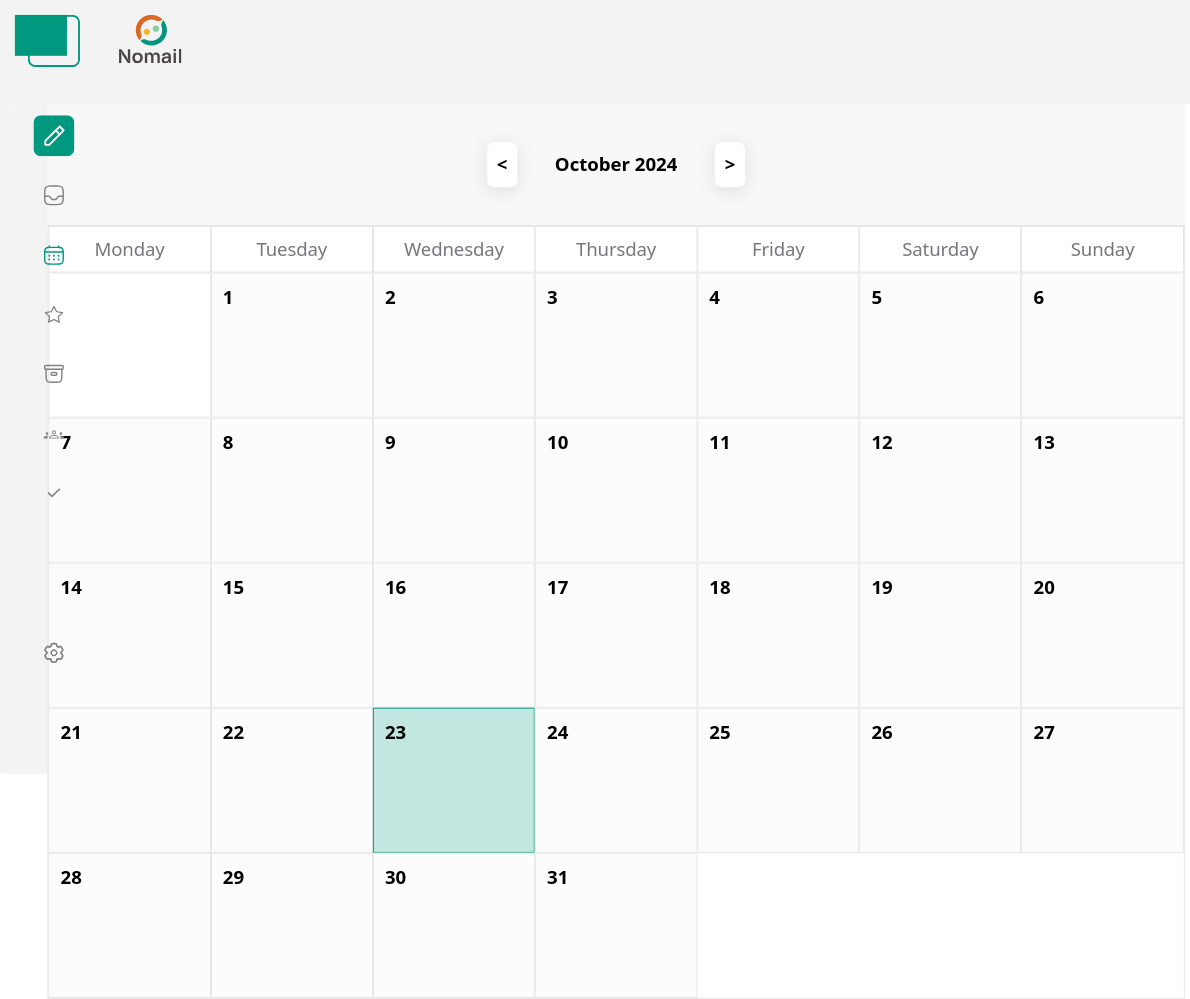
Repository: Tofigkh1/Nomail-App
Page: /calendar
The author's editor kept a copy of each file at every save. The page is drawn from the files as they stood at one save, then again after the next save.
The browser window is 1280 px wide. The pictures show the whole page, at 93% of full size.
The project was rebuilt for these pictures with package versions that can differ from the ones it lists, and the page was loaded fresh each time. The framework's server and built-in components were replaced by stand-ins that run in the browser. Also part of the build but not shown: next.config.mjs, components/shared/svg/calendarSvg.jsx.

Above is the page before, as saved 2024-10-23 03:25:14.

### app/layout.tsx
import type { Metadata } from "next";
import localFont from "next/font/local";
import "./Styles/globals.css";
import Header from "@/components/shared/client/Header/header";

const geistSans = localFont({
  src: "./fonts/GeistVF.woff",
  variable: "--font-geist-sans",
  weight: "100 900",
});
const geistMono = localFont({
  src: "./fonts/GeistMonoVF.woff",
  variable: "--font-geist-mono",
  weight: "100 900",
});

export const metadata: Metadata = {
  title: "Create Next App",
  description: "Generated by create next app",
};

export default function RootLayout({
  children,
}: Readonly<{
  children: React.ReactNode;
}>) {
  return (
    <html lang="en">
      <body
        className={`${geistSans.variable} ${geistMono.variable} antialiased`}
      >
        {children}

      </body>
    </html>
  );
}

### app/Styles/globals.css
@tailwind base;
@tailwind components;
@tailwind utilities;


.App {
  font-family: sans-serif;
  text-align: center;
}


:root {
  --background: #ffffff;
  --foreground: #171717;
}

@media (prefers-color-scheme: dark) {
  :root {
    --background: #0a0a0a;
    --foreground: #ededed;
  }
}


@layer utilities {
  .text-balance {
    text-wrap: balance;
  }
}

### components/shared/client/Header/header.tsx
import { useContext } from "react";
import { SidebarContext } from '../SideBarMenu/sideBarMenu'; // Import context
import NomailLogo from "@/components/shared/svg/headerlLogoSvg";
import HamburgerBtnSvg from "../../svg/hamburgerBtnSvg"



export default function Header() {

    const { expanded, setExpanded } = useContext(SidebarContext); // Access context

    return (
        <div className="flex items-center justify-between p-4 bg-headerColor text-white">
            <div className='w-auto h-20 flex gap-14'>

                <div>
                    <button onClick={() => setExpanded(!expanded)}
                            className="pl-3.5 bg-textColorGreen hover:bg-clientButtonGreen w-14 h-11">
                        <HamburgerBtnSvg/>
                    </button>
                </div>

                <div>
                    <NomailLogo/>
                </div>


            </div>
        </div>
    );
}

### components/shared/client/SideBarMenu/sideBarMenu.tsx
import React, { useState, useContext, ReactNode } from "react";
import { ChevronFirst, ChevronLast } from "lucide-react";

export const SidebarContext = React.createContext<{ expanded: boolean; setExpanded: (expanded: boolean) => void; }>({
    expanded: false,
    setExpanded: () => {},
});

// Sidebar component now depends on context for state
export default function Sidebar({ children }: { children: ReactNode }) {
    const { expanded, setExpanded } = useContext(SidebarContext);

    return (
        <aside className="h-screen bg-headerColor">
            <nav
                className={`h-full flex flex-col bg-headerColor border-r border-whiteLight3 transition-all duration-200 ease-in-out ml-3 ${expanded ? "w-[127%] h-[130%] " : "w-[99px]"}`}>

                <ul className=" flex-1 px-3">{children}</ul>
            </nav>
        </aside>
    );
}

// SidebarItem component for individual items inside the sidebar
type SidebarItemProps = {
    icon: ReactNode;   // Icon to display in the sidebar item
    text: string;      // Text to display in the sidebar item
    active: boolean;   // Boolean to determine if the item is active (highlighted)
    onClick: () => void; // Add onClick function to handle clicks
    style?: React.CSSProperties;
};

export function SidebarItem({icon, text, active, onClick,style}: SidebarItemProps) {
    const context = useContext(SidebarContext); // Sidebar context to manage expanded/collapsed state
    const {expanded} = context!;

    return (
        <li
            onClick={onClick} // Attach the click handler here
            style={style}
            className={`group relative flex items-center py-2 px-3 my-1 font-medium rounded-md cursor-pointer duration-300 ease-in-out transition-colors
          ${
                active
                    ? " text-mainRedLight " // Active item style
                    : " text-gray-600 " // Hover style for non-active items
            }`}
        >

            <span className="text-xl transition-all duration-300 ease-in-out">
        {icon}
      </span>

            {/* Text büyütüldü ve boşluk artırıldı */}
            {expanded && (
                <span className="ml-4 text-xl text-black transition-all duration-300 ease-in-out ">
          {text}
        </span>
            )}

            {/* Navbar kapalıyken hover ile çıkan isimler için arka plan yeşil yapıldı */}
            {!expanded && (
                <span
                    className={` absolute left-full whitespace-nowrap bg-textColorGreen text-white rounded-md py-1 px-2 transition-all duration-300 ease-in-out ml-2 opacity-0 group-hover:opacity-100`}
                >
          {text}
        </span>
            )}
        </li>
    );
}

### components/shared/svg/newMail.jsx
'use client'
export default function  newMail(){
    return(
        <>
            <svg width="44" height="44" viewBox="0 0 44 44" fill="none" xmlns="http://www.w3.org/2000/svg">
                <rect width="44" height="44" rx="8" fill="#00987F"/>
                <path fill-rule="evenodd" clip-rule="evenodd"
                      d="M27.5115 11.2439C27.902 10.8534 28.5351 10.8534 28.9257 11.2438L33.1687 15.4863C33.3562 15.6739 33.4616 15.9282 33.4616 16.1935C33.4616 16.4587 33.3562 16.7131 33.1687 16.9006L17.6122 32.4571C17.4247 32.6446 17.1703 32.75 16.9051 32.75H12.6626C12.1103 32.75 11.6626 32.3023 11.6626 31.75V27.5075C11.6626 27.2423 11.768 26.9879 11.9555 26.8004L27.5115 11.2439ZM28.2187 13.3652L13.6626 27.9217V30.75H16.4909L31.0473 16.1935L28.2187 13.3652Z"
                      fill="white"/>
                <path fill-rule="evenodd" clip-rule="evenodd"
                      d="M23.269 15.4864C23.6595 15.0959 24.2927 15.0959 24.6832 15.4864L28.9257 19.7289C29.3162 20.1194 29.3162 20.7526 28.9257 21.1431C28.5352 21.5336 27.902 21.5336 27.5115 21.1431L23.269 16.9006C22.8784 16.5101 22.8784 15.8769 23.269 15.4864Z"
                      fill="white"/>
            </svg>


        </>
    )
}

### components/shared/svg/FavoritesSvg.jsx
'use client'
export default function  favoritesSvg(){
    return(
        <>
            <svg width="44" height="44" viewBox="0 0 44 44" fill="none" xmlns="http://www.w3.org/2000/svg">
                <path
                    d="M15.5808 30.2201C15.4833 30.7528 16.0307 31.1692 16.5132 30.9316L22.0006 28.2246L27.4868 30.9316C27.9693 31.1692 28.5168 30.7528 28.4193 30.2213L27.3818 24.5457L31.7842 20.5188C32.1967 20.142 31.9842 19.4533 31.4317 19.3789L25.3093 18.5438L22.5794 13.3517C22.5274 13.2465 22.4453 13.1576 22.3428 13.0953C22.2402 13.0331 22.1214 13 22 13C21.8787 13 21.7598 13.0331 21.6573 13.0953C21.5547 13.1576 21.4727 13.2465 21.4206 13.3517L18.6907 18.545L12.5683 19.3801C12.0171 19.4545 11.8033 20.1432 12.2146 20.52L16.6182 24.5469L15.5808 30.2225V30.2201ZM21.7119 26.8999L17.1045 29.1725L17.972 24.4245C17.9928 24.3152 17.9852 24.2026 17.9496 24.0969C17.914 23.9911 17.8517 23.8955 17.7682 23.8185L14.1358 20.4948L19.2007 19.8037C19.3054 19.788 19.4046 19.7484 19.4901 19.6883C19.5756 19.6281 19.6448 19.5492 19.6919 19.4581L21.9981 15.0688L24.3068 19.4581C24.354 19.5492 24.4232 19.6281 24.5086 19.6883C24.5941 19.7484 24.6934 19.788 24.7981 19.8037L29.863 20.4936L26.2306 23.8173C26.1469 23.8944 26.0844 23.9903 26.0488 24.0962C26.0133 24.2022 26.0057 24.315 26.0268 24.4245L26.8943 29.1725L22.2869 26.8999C22.1979 26.8555 22.0991 26.8324 21.9988 26.8324C21.8985 26.8324 21.8009 26.8555 21.7119 26.8999Z"
                    fill="#A4A4A9"/>
                <path
                    d="M15.5808 30.2201C15.4833 30.7528 16.0307 31.1692 16.5132 30.9316L22.0006 28.2246L27.4868 30.9316C27.9693 31.1692 28.5168 30.7528 28.4193 30.2213L27.3818 24.5457L31.7842 20.5188C32.1967 20.142 31.9842 19.4533 31.4317 19.3789L25.3093 18.5438L22.5794 13.3517C22.5274 13.2465 22.4453 13.1576 22.3428 13.0953C22.2402 13.0331 22.1214 13 22 13C21.8787 13 21.7598 13.0331 21.6573 13.0953C21.5547 13.1576 21.4727 13.2465 21.4206 13.3517L18.6907 18.545L12.5683 19.3801C12.0171 19.4545 11.8033 20.1432 12.2146 20.52L16.6182 24.5469L15.5808 30.2225V30.2201ZM21.7119 26.8999L17.1045 29.1725L17.972 24.4245C17.9928 24.3152 17.9852 24.2026 17.9496 24.0969C17.914 23.9911 17.8517 23.8955 17.7682 23.8185L14.1358 20.4948L19.2007 19.8037C19.3054 19.788 19.4046 19.7484 19.4901 19.6883C19.5756 19.6281 19.6448 19.5492 19.6919 19.4581L21.9981 15.0688L24.3068 19.4581C24.354 19.5492 24.4232 19.6281 24.5086 19.6883C24.5941 19.7484 24.6934 19.788 24.7981 19.8037L29.863 20.4936L26.2306 23.8173C26.1469 23.8944 26.0844 23.9903 26.0488 24.0962C26.0133 24.2022 26.0057 24.315 26.0268 24.4245L26.8943 29.1725L22.2869 26.8999C22.1979 26.8555 22.0991 26.8324 21.9988 26.8324C21.8985 26.8324 21.8009 26.8555 21.7119 26.8999Z"
                    fill="black" fill-opacity="0.2"/>
            </svg>


        </>
    )
}

### components/shared/svg/ArchiveSvg.jsx
'use client'
export default function archiveSvg(){
    return(
        <>
            <svg width="44" height="44" viewBox="0 0 44 44" fill="none" xmlns="http://www.w3.org/2000/svg">
                <path
                    d="M19 22C19 21.534 19 21.301 19.076 21.117C19.1777 20.8725 19.3723 20.6783 19.617 20.577C19.801 20.5 20.034 20.5 20.5 20.5H23.5C23.966 20.5 24.199 20.5 24.383 20.576C24.6275 20.6777 24.8217 20.8723 24.923 21.117C25 21.301 25 21.534 25 22C25 22.466 25 22.699 24.924 22.883C24.8223 23.1275 24.6277 23.3217 24.383 23.423C24.199 23.5 23.966 23.5 23.5 23.5H20.5C20.034 23.5 19.801 23.5 19.617 23.424C19.3725 23.3223 19.1783 23.1277 19.077 22.883C19 22.699 19 22.466 19 22Z"
                    stroke="#A4A4A9" stroke-width="1.5"/>
                <path
                    d="M19 22C19 21.534 19 21.301 19.076 21.117C19.1777 20.8725 19.3723 20.6783 19.617 20.577C19.801 20.5 20.034 20.5 20.5 20.5H23.5C23.966 20.5 24.199 20.5 24.383 20.576C24.6275 20.6777 24.8217 20.8723 24.923 21.117C25 21.301 25 21.534 25 22C25 22.466 25 22.699 24.924 22.883C24.8223 23.1275 24.6277 23.3217 24.383 23.423C24.199 23.5 23.966 23.5 23.5 23.5H20.5C20.034 23.5 19.801 23.5 19.617 23.424C19.3725 23.3223 19.1783 23.1277 19.077 22.883C19 22.699 19 22.466 19 22Z"
                    stroke="black" stroke-opacity="0.2" stroke-width="1.5"/>
                <path
                    d="M30.5 17V23C30.5 26.771 30.5 28.657 29.328 29.828C28.157 31 26.271 31 22.5 31H21.5C17.729 31 15.843 31 14.672 29.828C13.5 28.657 13.5 26.771 13.5 23V17"
                    stroke="#A4A4A9" stroke-width="1.5" stroke-linecap="round"/>
                <path
                    d="M30.5 17V23C30.5 26.771 30.5 28.657 29.328 29.828C28.157 31 26.271 31 22.5 31H21.5C17.729 31 15.843 31 14.672 29.828C13.5 28.657 13.5 26.771 13.5 23V17"
                    stroke="black" stroke-opacity="0.2" stroke-width="1.5" stroke-linecap="round"/>
                <path
                    d="M12 15C12 14.057 12 13.586 12.293 13.293C12.586 13 13.057 13 14 13H30C30.943 13 31.414 13 31.707 13.293C32 13.586 32 14.057 32 15C32 15.943 32 16.414 31.707 16.707C31.414 17 30.943 17 30 17H14C13.057 17 12.586 17 12.293 16.707C12 16.414 12 15.943 12 15Z"
                    stroke="#A4A4A9" stroke-width="1.5"/>
                <path
                    d="M12 15C12 14.057 12 13.586 12.293 13.293C12.586 13 13.057 13 14 13H30C30.943 13 31.414 13 31.707 13.293C32 13.586 32 14.057 32 15C32 15.943 32 16.414 31.707 16.707C31.414 17 30.943 17 30 17H14C13.057 17 12.586 17 12.293 16.707C12 16.414 12 15.943 12 15Z"
                    stroke="black" stroke-opacity="0.2" stroke-width="1.5"/>
            </svg>

        </>
    )
}

### components/shared/svg/TodoSvg.jsx
'use client'
export default function  todoSvg(){
    return(
        <>
            <svg width="44" height="44" viewBox="0 0 44 44" fill="none" xmlns="http://www.w3.org/2000/svg">
                <path d="M19.8957 27L15 22.2599L16.2239 21.0748L19.8957 24.6299L27.7761 17L29 18.185L19.8957 27Z"
                      fill="#A4A4A9"/>
                <path d="M19.8957 27L15 22.2599L16.2239 21.0748L19.8957 24.6299L27.7761 17L29 18.185L19.8957 27Z"
                      fill="black" fill-opacity="0.2"/>
            </svg>

        </>
    )
}

### components/shared/svg/hamburgerBtnSvg.jsx
'use client'
export default function  HamburgerBtnSvg(){
    return(
        <>
            <svg width="56" height="56" viewBox="0 0 56 56" fill="none" xmlns="http://www.w3.org/2000/svg">
                <rect x="1" y="1" width="54" height="54" rx="7" stroke="#00987F" stroke-width="2"/>
                <path d="M19 22H37V24H19V22ZM19 27H37V29H19V27ZM19 32H37V34H19V32Z" fill="#00987F"/>
            </svg>


        </>
    )
}

### components/shared/client/Calendar/Calendar.css
.calendar-container {
    width: 99%;
    background-color: #f8f8f8;
    color: black;
    margin: 0 auto;

  }

  .calendar-header {
    display: flex;
    justify-content: center;
    align-items: center;
    gap: 40px;
    padding: 40px 0;
  }

  .calendar-header button {
    background-color: white;
    color: black;
    border-radius: 8px;
    border: 1px solid #f2f2f7;
    padding: 10px;
    cursor: pointer;
    box-shadow: 0px 4px 20px 0px rgba(0, 0, 0, 0.1);
  }

  .calendar-header span {
    font-weight: bold;
  }

  .calendar-grid {
    display: grid;
    grid-template-columns: repeat(7, 1fr);
    justify-content: center;
    align-items: center;
    border: 1px solid #e5e5e5;
    background-color: #fff;
  }

  .calendar-day-name {
    font-size: 20px;
    font-style: normal;
    font-weight: 400;
    letter-spacing: -0.15px;
    color: #79747e;
    padding: 10px;
    border: 1px solid #e5e5e5;
    width: 100%;
    text-align: center;
  }

  .calendar-day {
    background-color: #f0f0f0;
    text-align: center;
    cursor: pointer;
    display: flex;
    width: 100%;
    border: 1px solid #e5e5e5;
    padding: 12px;
    height: 156px;
    flex-direction: column;
    align-items: flex-start;
    background-color: #fcfcfc;
  }
  .calendar-day:hover {
    background-color: #e5e5ea;
  }

  .calendar-day.today {
    border: 1px solid #00987f;
    background-color: #00987f3d;
  }

  .calendar-day.empty {
    background-color: transparent;
    cursor: default;
  }

  .calendar-popup {
    position: fixed;
    top: 20%;
    left: 50%;
    transform: translate(-50%, 0);
    background-color: white;
    border: 1px solid #ddd;
    box-shadow: 0 2px 10px rgba(0, 0, 0, 0.1);
    z-index: 1000;
    display: flex;
    flex-direction: column;
    gap: 5px;
  }

  .popup-header {
    width: 100%;
    display: flex;
    justify-content: space-between;
    box-shadow: 2px 2px 40px 0px rgba(0, 0, 0, 0.16);
    padding: 10px;
  }

  .discard-btn,
  .save-btn {
    background-color: #fff;
    border: none;
    padding: 5px 10px;
    cursor: pointer;
    font-size: 14px;
    border-radius: 4px;
  }
  .popup-external {
    display: flex;
    justify-content: space-between;
    align-items: center;
  }
  .save-btn {
    background-color: #00987f;
    color: white;
    display: flex;
    align-items: center;
    justify-content: space-between;
    gap: 5px;
    padding: 7.5px 8px;
  }

  .discard-btn {
    color: white;
    display: flex;
    align-items: flex-start;
    gap: 8px;
    color: black;
  }

  .popup-content {
    display: flex;
    flex-direction: column;
    gap: 10px;
    padding: 10px;
  }
  .firstContainer {
    display: flex;
    justify-content: center;
    gap: 10px;
    padding: 10px;
  }
  .secondContainer {
    display: flex;
    align-items: center;
    gap: 10px;
    padding: 10px;
  }
  .thirdContainer {
    display: flex;
    align-items: center;
    gap: 10px;
    padding: 10px;
  }
  .inputContainers {
    display: flex;
    gap: 10px;
  }
  .dateInput {
    padding: 5px;
    border: 1px solid #e5e5e5;
    border-radius: 10px;
  }
  .timeInput {
    padding: 5px;
    border: 1px solid #e5e5e5;
    border-radius: 10px;
  }
  .textAreaInput {
      padding: 5px;
      width: 100%;
  }
  .textAreaInput:focus {
      outline: none;
      border-bottom: 2px solid #00987f;
  }
  .textInput {
      padding: 5px;
  }
  .textInput:focus {
      outline: none;
      border-bottom: 2px solid #00987f;
  }
  .event-list {
      width: 100%;
      height: 100%;
      display: flex;
      align-items: end;
  }
  .event-item {
      display: flex;
      justify-content: space-between;
      align-items: center;
      width: 100%;
  }
  .goldenText {
      color: #FFC531;
  }


  /* Toggle düğmesi (switch) stil */
  .switch {
      position: relative;
      display: inline-block;
      width: 50px;
      height: 24px;
    }

    /* Gizlenen varsayılan checkbox */
    .switch input {
      opacity: 0;
      width: 0;
      height: 0;
    }

    /* Slider stil (toggle kısmı) */
    .slider {
      position: absolute;
      cursor: pointer;
      top: 0;
      left: 0;
      right: 0;
      bottom: 0;
      background-color: #ccc;
      transition: 0.4s;
      border-radius: 34px;
    }

    .slider:before {
      position: absolute;
      content: "";
      height: 20px;
      width: 20px;
      left: 4px;
      bottom: 2px;
      background-color: white;
      transition: 0.4s;
      border-radius: 50%;
    }

    /* Checkbox checked olunca stil */
    input:checked + .slider {
      background-color: #2196F3;
    }

    /* Toggle yuvarlağının sağa geçmesi */
    input:checked + .slider:before {
      transform: translateX(26px);
    }

    /* Slider yuvarlatılmış köşeler */
    .slider.round {
      border-radius: 34px;
    }

    .slider.round:before {
        border-radius:50%;
}

### tailwind.config.ts
import type { Config } from "tailwindcss";

const config: Config = {
  content: [
    "./pages/**/*.{js,ts,jsx,tsx,mdx}",
    "./components/**/*.{js,ts,jsx,tsx,mdx}",
    "./app/**/*.{js,ts,jsx,tsx,mdx}",
  ],
  theme: {
    extend: {
      colors: {
        background: "var(--background)",
        foreground: "var(--foreground)",
        headerColor: "#F3F3F3",
        textColorGreen: "#00987F",
        textGray: "#A4A4A9",
        sideBarColor: "#E5E5E5",
        textColGreen: "#00987F",
        bordersColor: "#D1D1D6"
      },
    },
  },
  plugins: [],
};
export default config;

Loaded but not shown: components/shared/svg/settingSvg.jsx (25 lines, source omitted); components/shared/client/Calendar/index.jsx (361 lines, source omitted); components/shared/svg/InboxSvg.jsx (17 lines, source omitted); components/shared/svg/groupSvg.jsx (17 lines, source omitted); components/shared/svg/headerlLogoSvg.jsx (38 lines, source omitted); app/calendar/page.tsx (100 lines, source omitted); components/shared/svg/calendarActiveSvg.jsx (18 lines, source omitted)

After the next save:
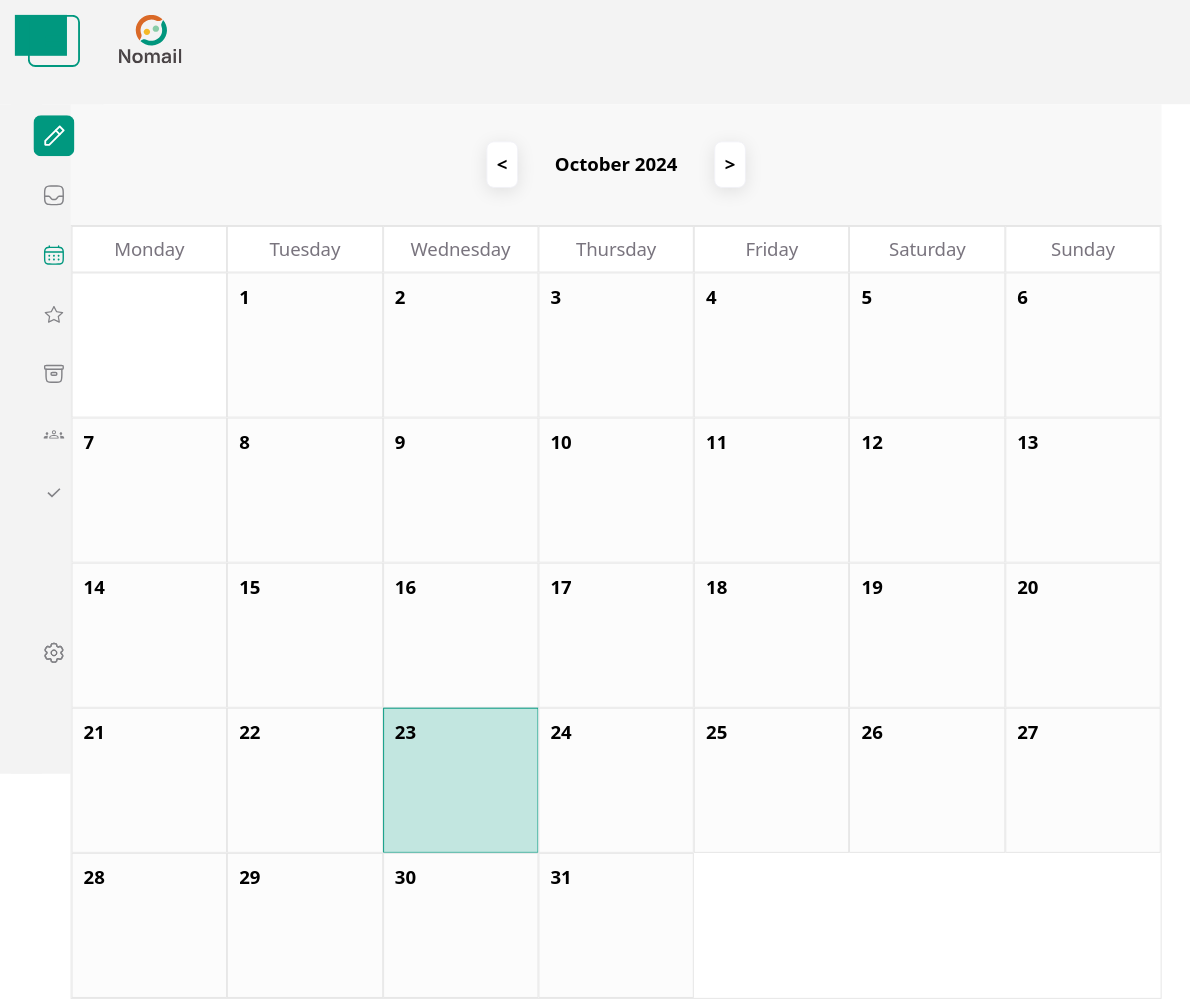
Saved 6 s later.
--- a/components/shared/client/Calendar/Calendar.css
+++ b/components/shared/client/Calendar/Calendar.css
@@ -1,5 +1,5 @@
 .calendar-container {
-    width: 99%;
+    width: 95%;
     background-color: #f8f8f8;
     color: black;
     margin: 0 auto;

After the 2 saves that followed:
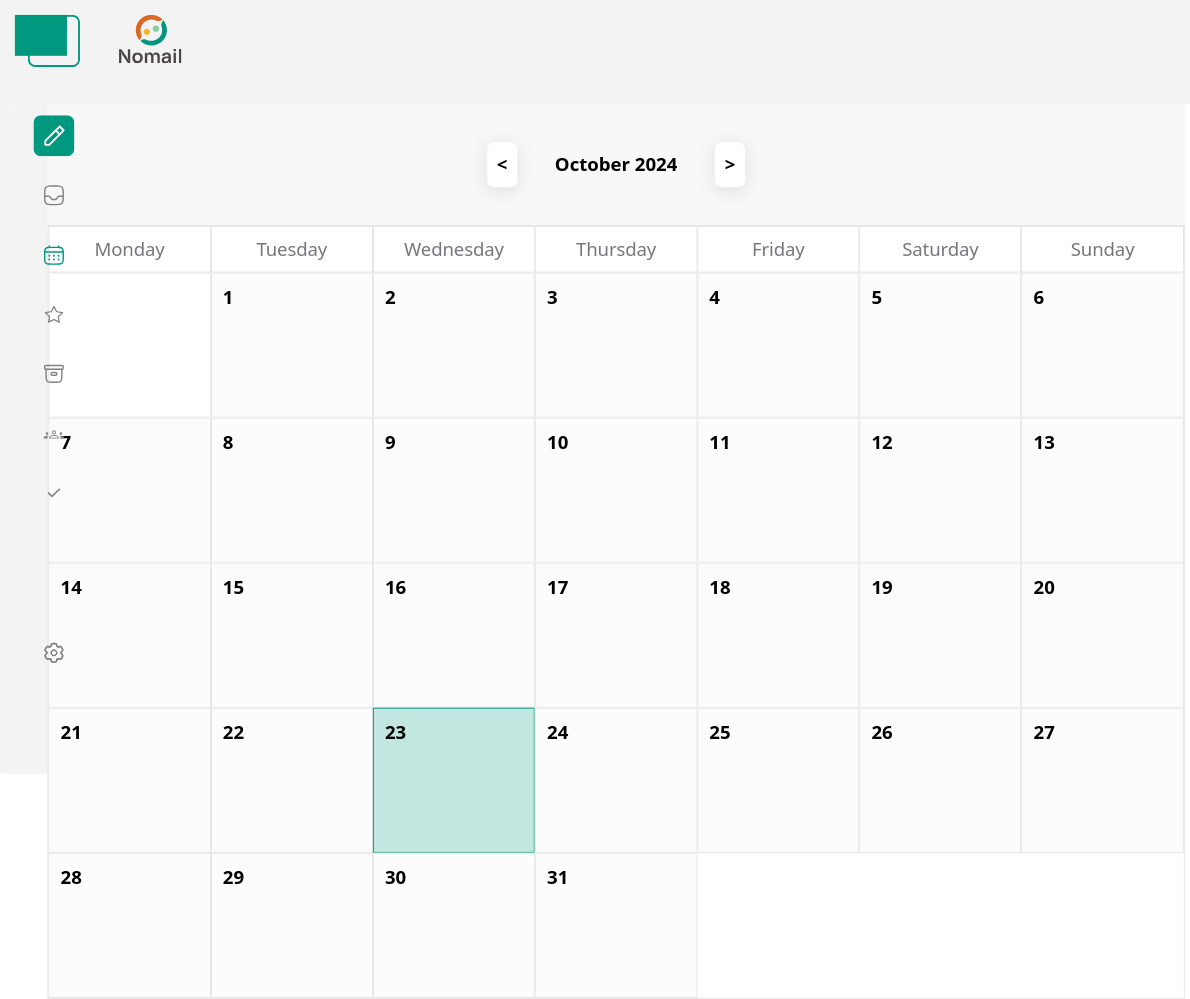
The 2 saves are shown as one change because they came seconds apart.
The last was saved 7 s later.
--- a/components/shared/client/Calendar/Calendar.css
+++ b/components/shared/client/Calendar/Calendar.css
@@ -1,5 +1,5 @@
 .calendar-container {
-    width: 95%;
+    width: 99%;
     background-color: #f8f8f8;
     color: black;
     margin: 0 auto;
